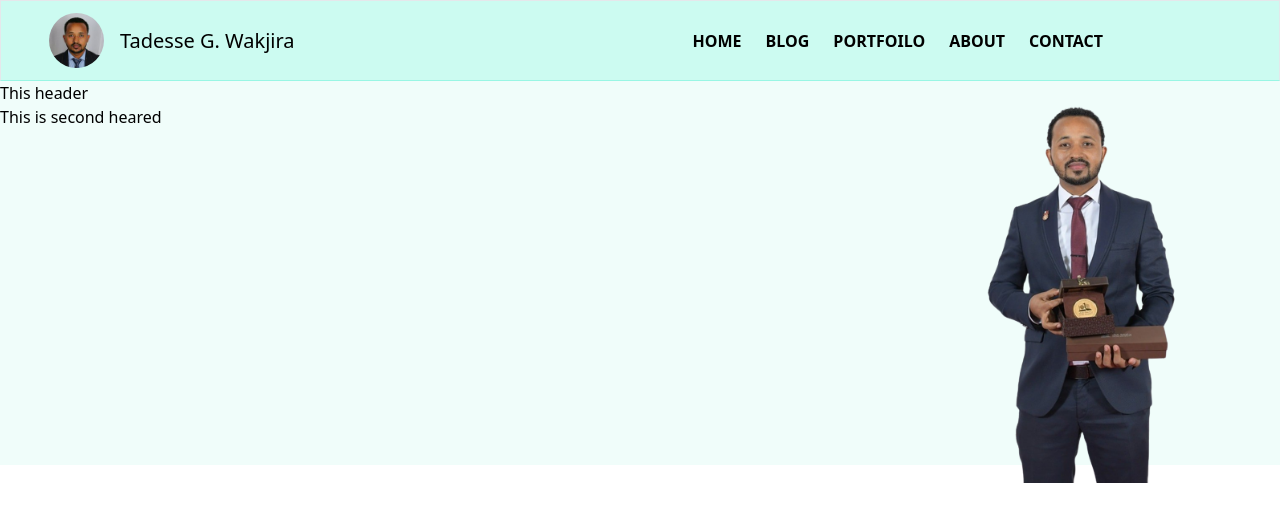
Repository: Elias-Kibret/Tade-portfoilo
Page: /
An editor plug-in stored every save of this project. The page is shown before and after the next save, followed by the edit.
The browser window is 1280 px wide. The pictures show the whole page.
The project was rebuilt for these pictures with package versions that can differ from the ones it lists, and the page was loaded fresh each time. The framework's server and built-in components were replaced by stand-ins that run in the browser. Also part of the build but not shown: next.config.js.

Above is the page before, as saved 2022-06-27 06:39:22.

### pages/index.tsx
import type { NextPage } from 'next'
import Head from 'next/head'
import Image from 'next/image'
import Header from '../components/Header'
import Hero from '../components/Hero'
const Home: NextPage = () => {
  return (
    <div>
      <Head>
        <title>Create Next App</title>
        <link rel="icon" href="/favicon.ico" />
      </Head>
      <Header/>
      <Hero/>
    </div>
  )
}

export default Home

### components/Header.tsx
import Head from "next/head"
import Link from "next/link"
import Image from "next/image"
import Logo from '../public/Img/Tadesse.jpg'
const Header = () => {
  return (
<header className="bg-teal-100 px-12 py-3 shadow border  border-b-teal-200">
   <div className="flex justify-between items-center">
      <div className="flex items-center space-x-4">

       <Image className="rounded-full" src={Logo} alt="Taddes" width={55} height={55} />

        <span className="text-xl">Tadesse G. Wakjira</span>
      </div>
      <div className="mr-32">
        <nav className="flex list-none space-x-6 font-semibold hidden md:inline-flex text-black-200">
            <li >
                <Link href="">
                    <a> HOME</a>
                </Link>
            </li>
            <li>
                <Link href="">
                    <a> BLOG</a>
                </Link>
            </li>
            <li>
                <Link href="">
                    <a> PORTFOILO</a>
                </Link>
            </li>
            <li>
                <Link href="">
                    <a> ABOUT</a>
                </Link>
            </li>
            <li>
                <Link href="">
                    <a> CONTACT</a>
                </Link>
            </li>
        </nav>
      </div>
    </div>
</header>
  )
}

export default Header

### components/Hero.tsx
import heroImage from '../public/Img/heroImage.png'
import Image from 'next/image'
const Hero = () => {
  return (
<main className="h-96 bg-teal-50 flex justify-between">

    <div className=' w-100'>
      <h1>
        This header
      </h1>
      <h2>
         This is second heared
      </h2>
    </div>
    <div >
      <Image src={heroImage} className="object" width={400} height={400}/>    </div>
</main>
  )
}

export default Hero

Loaded but not shown: pages/_app.tsx (common file); styles/globals.css (common file); tailwind.config.js (common file)

After the next save:
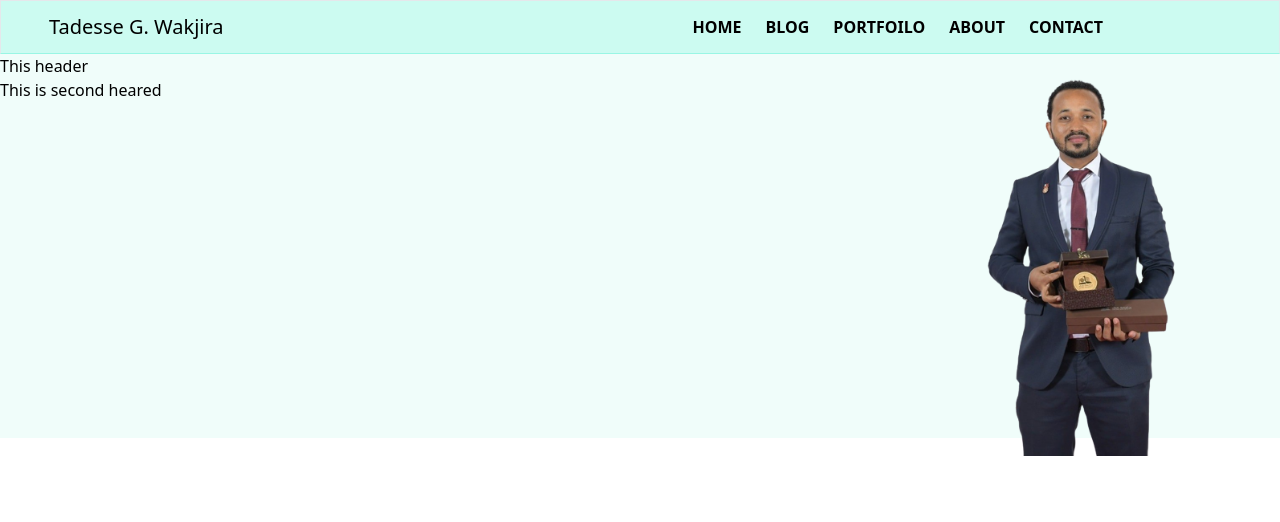
Saved 6 min 34 s later.
--- a/components/Header.tsx
+++ b/components/Header.tsx
@@ -7,10 +7,7 @@ const Header = () => {
 <header className="bg-teal-100 px-12 py-3 shadow border  border-b-teal-200">
    <div className="flex justify-between items-center">
       <div className="flex items-center space-x-4">
-
-       <Image className="rounded-full" src={Logo} alt="Taddes" width={55} height={55} />
-
-        <span className="text-xl">Tadesse G. Wakjira</span>
+    <span className="text-xl">Tadesse G. Wakjira</span>
       </div>
       <div className="mr-32">
         <nav className="flex list-none space-x-6 font-semibold hidden md:inline-flex text-black-200">
